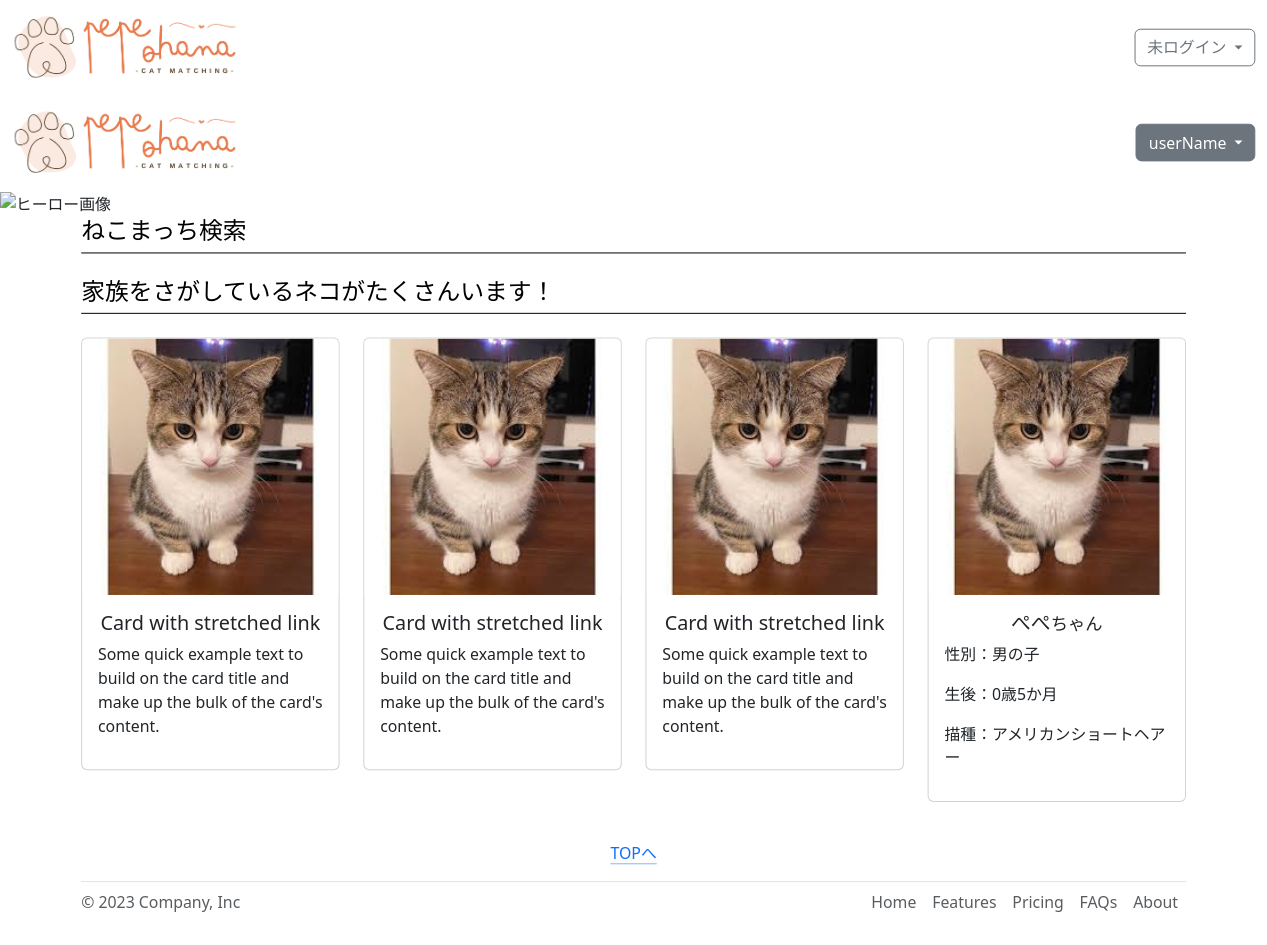
Repository: sakuwell/pepe
Page: http://localhost/PepeOhana/top.jsp
The author's editor kept a copy of each file at every save. The page is drawn from the files as they stood at one save, then again after the next save.
The browser window is 1280 px wide. The pictures show the whole page, at 99% of full size.
The page is served by Tomcat 9.

Above is the page before, as saved 2023-09-05 02:36:07.

After the next save:
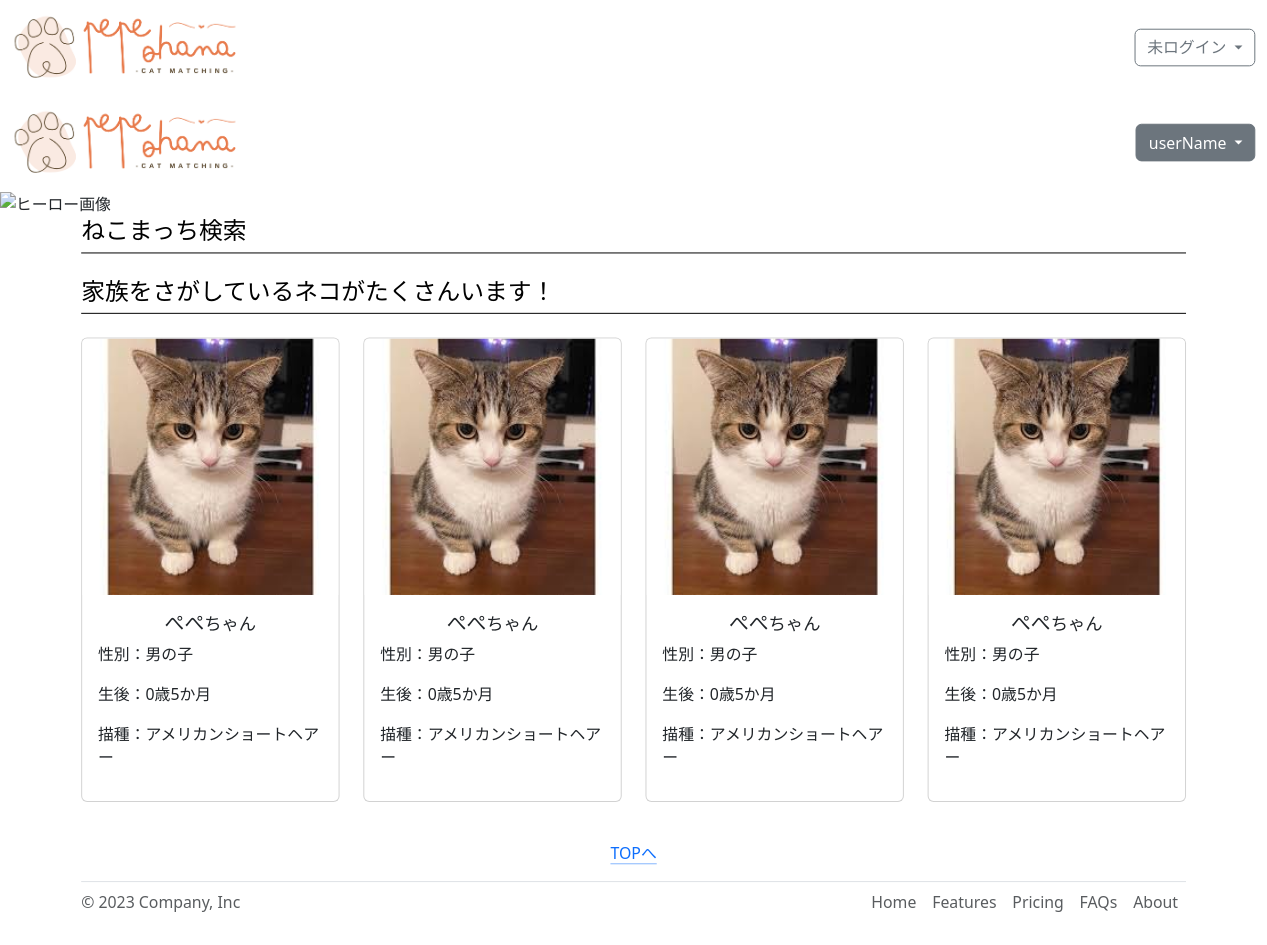
Saved 3 min 35 s later.
--- a/ExWorkSpace/PepeOhana/src/main/webapp/top.jsp
+++ b/ExWorkSpace/PepeOhana/src/main/webapp/top.jsp
@@ -66,39 +66,45 @@
             </div>
             <!-- 猫カード -->
             <div class="row">
-                <!-- カードのコンテンツ -->
+ 				<!-- カードのコンテンツ -->
                 <div class="col-6 col-md-4 col-lg-3">
                     <div class="card mb-3">
-                        <img src="images/ねこ_1.jpg" class="card-img-top" alt="猫画像">
+                        <img src="images/ねこ_1.jpg" class="card-img-top" alt="猫画像" style="width:100%">
                         <div class="card-body">
-                            <h5 class="card-title text-center">Card with stretched link</h5>
-                            <p class="card-text text-right">Some quick example text to build on the card title and make up the bulk of the card's content.</p>
+                            <h5 class="card-title text-center">ぺぺ<small>ちゃん</small></h5>
+                            <p class="card-text text-right">性別：男の子</p>
+                            <p class="card-text text-right">生後：0歳5か月</p>
+                            <p class="card-text text-right">描種：アメリカンショートヘアー</p>
                             <div class="d-flex justify-content-center">
                                 <a href="#" class="stretched-link"></a>
                             </div>
                         </div>
                     </div>
                 </div>
-                <!-- カードのコンテンツ -->
+ 				<!-- カードのコンテンツ -->
                 <div class="col-6 col-md-4 col-lg-3">
                     <div class="card mb-3">
-                        <img src="images/ねこ_1.jpg" class="card-img-top" alt="猫画像">
+                        <img src="images/ねこ_1.jpg" class="card-img-top" alt="猫画像" style="width:100%">
                         <div class="card-body">
-                            <h5 class="card-title text-center">Card with stretched link</h5>
-                            <p class="card-text text-right">Some quick example text to build on the card title and make up the bulk of the card's content.</p>
+                            <h5 class="card-title text-center">ぺぺ<small>ちゃん</small></h5>
+                            <p class="card-text text-right">性別：男の子</p>
+                            <p class="card-text text-right">生後：0歳5か月</p>
+                            <p class="card-text text-right">描種：アメリカンショートヘアー</p>
                             <div class="d-flex justify-content-center">
                                 <a href="#" class="stretched-link"></a>
                             </div>
                         </div>
                     </div>
                 </div>
-                <!-- カードのコンテンツ -->
+				<!-- カードのコンテンツ -->
                 <div class="col-6 col-md-4 col-lg-3">
                     <div class="card mb-3">
-                        <img src="images/ねこ_1.jpg" class="card-img-top" alt="猫画像">
+                        <img src="images/ねこ_1.jpg" class="card-img-top" alt="猫画像" style="width:100%">
                         <div class="card-body">
-                            <h5 class="card-title text-center">Card with stretched link</h5>
-                            <p class="card-text text-right">Some quick example text to build on the card title and make up the bulk of the card's content.</p>
+                            <h5 class="card-title text-center">ぺぺ<small>ちゃん</small></h5>
+                            <p class="card-text text-right">性別：男の子</p>
+                            <p class="card-text text-right">生後：0歳5か月</p>
+                            <p class="card-text text-right">描種：アメリカンショートヘアー</p>
                             <div class="d-flex justify-content-center">
                                 <a href="#" class="stretched-link"></a>
                             </div>
